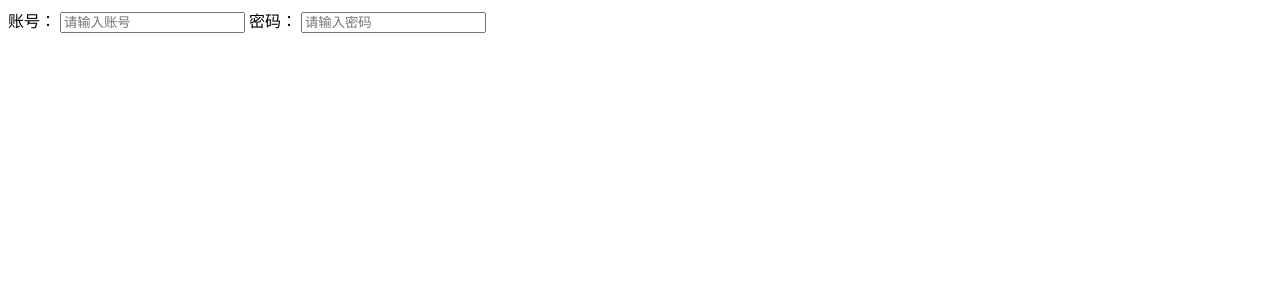
Repository: wweewweehouzi/Eonkey
Page: 2020.04.01/index.html
The author's editor kept a copy of each file at every save. The page is drawn from the files as they stood at one save, then again after a run of saves.
The browser window is 1280 px wide. The pictures show the whole page.

Above is the page before, as saved 2020-04-01 17:39:51.

After the next 2 saves:
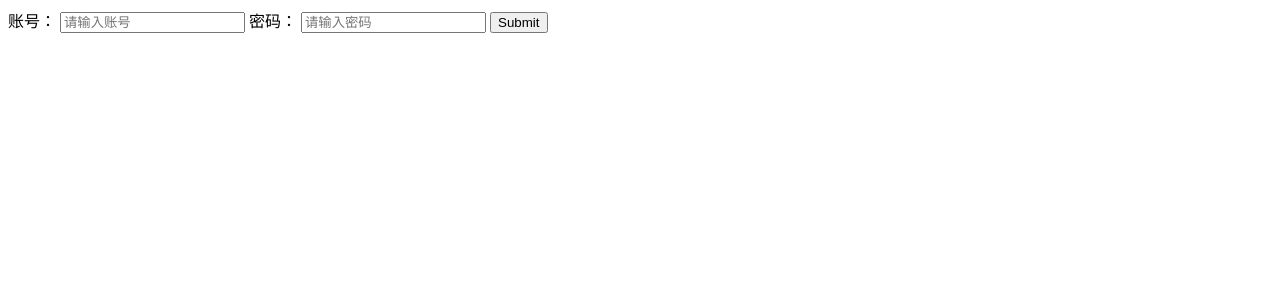
The 2 saves are shown as one change because they came seconds apart.
The last was saved 61 s later.
--- a/2020.04.01/index.html
+++ b/2020.04.01/index.html
@@ -20,7 +20,7 @@
                 密码：
                 <input type="password" placeholder="请输入密码" name="pwd" v-model='pwd'>
             </label>
-
+            <input type="submit" @click='handleSubmit()'>
         </form>
 
     </div>
